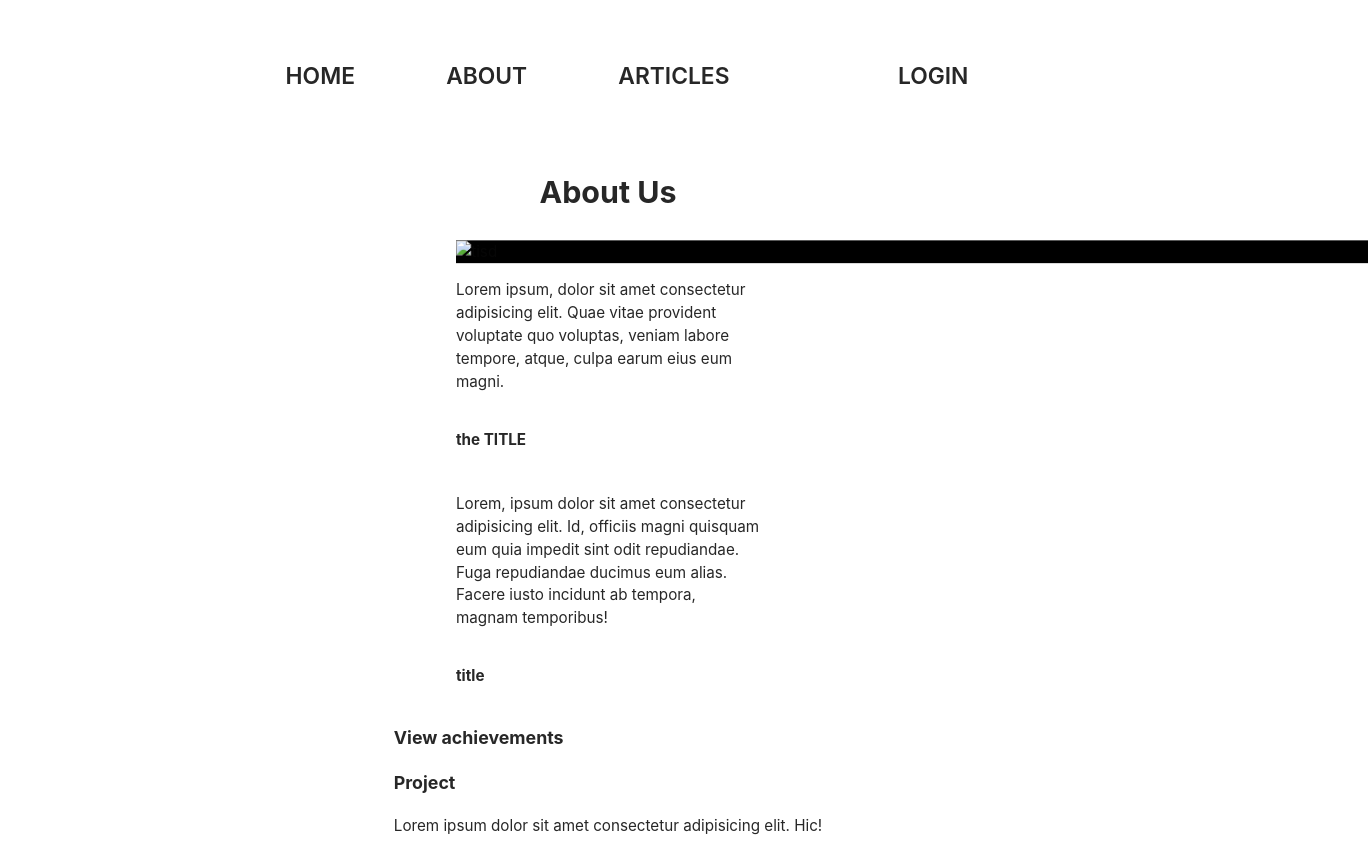
Repository: ValGrace/-static-site
Page: /about (app in client/)
These files come from the project's save history. The page is drawn as it stood at one moment and after the next save; the edit follows.
The browser window is 1280 px wide. The page is 1440 px wide, then 1280 px, so the pictures cover 1440 px, including what lies to the right of the window. The pictures show the whole page, at 95% of full size.
The project was rebuilt for these pictures with package versions that can differ from the ones it lists, and the page was loaded fresh each time. Also part of the build but not shown: client/vite.config.js, client/src/Utils/appwrite.js, client/src/Components/Inputs.css, client/src/Components/Login.jsx, client/src/Components/Signup.jsx, client/src/Components/HomeSection.jsx, client/src/Components/TopSection.jsx, client/src/Pages/HomePage.jsx.

Above is the page before, as saved 2023-02-07 13:01:55.

### client/src/main.jsx
import React from 'react'
import ReactDOM from 'react-dom/client'
import App from './App'
import './index.css'
import { BrowserRouter } from 'react-router-dom'
ReactDOM.createRoot(document.getElementById('root')).render(
  <React.StrictMode>
    <BrowserRouter>
    <App />
    </BrowserRouter>
  </React.StrictMode>,
)

### client/src/App.jsx
import PageRouter from './Routing/PageRouter'
import './App.css'

function App() {


  return (
    <div className="App">
      <PageRouter />
    </div>
  )
}

export default App

### client/src/index.css
:root {
  font-family: Inter, system-ui, Avenir, Helvetica, Arial, sans-serif;
  line-height: 1.5;
  font-weight: 400;

  color-scheme: light dark;
  color: rgba(7, 7, 7, 0.87);
  background-color: #ffffff;

  font-synthesis: none;
  text-rendering: optimizeLegibility;
  -webkit-font-smoothing: antialiased;
  -moz-osx-font-smoothing: grayscale;
  -webkit-text-size-adjust: 100%;
}

/* a {
  font-weight: 500;
  color: #646cff;
  text-decoration: inherit;
}
a:hover {
  color: #535bf2;
}

body {
  margin: 0;
  display: flex;
  place-items: center;
  min-width: 320px;
  min-height: 100vh;
}

h1 {
  font-size: 3.2em;
  line-height: 1.1;
}

button {
  border-radius: 8px;
  border: 1px solid transparent;
  padding: 0.6em 1.2em;
  font-size: 1em;
  font-weight: 500;
  font-family: inherit;
  background-color: #1a1a1a;
  cursor: pointer;
  transition: border-color 0.25s;
}
button:hover {
  border-color: #646cff;
}
button:focus,
button:focus-visible {
  outline: 4px auto -webkit-focus-ring-color;
}

@media (prefers-color-scheme: light) {
  :root {
    color: #213547;
    background-color: #ffffff;
  }
  a:hover {
    color: #747bff;
  }
  button {
    background-color: #f9f9f9;
  }
} */

### client/src/Routing/PageRouter.jsx
import Dashboard from "../Pages/Dashboard";
import HomePage from "../Pages/HomePage";
import { Routes, Route} from "react-router-dom"
import AboutPage from "../Pages/aboutPage";
const PageRouter = () => {
    return (
        <Routes>
            <Route path="/" element={<Dashboard />} />
            <Route path="/home" element={<HomePage />} />
            <Route path="/about" element={<AboutPage />} />

        </Routes>
    )
}

export default PageRouter

### client/src/App.css
.App {
  display: flex;
  flex-direction: column;
  justify-content: center;
  align-items: center;
}

### client/src/Pages/Dashboard.jsx
import React, { useReducer} from 'react'
import Login from '../Components/Login'
import Signup from '../Components/Signup'
import "../Components/Inputs.css"
const initialState = {page : <Login />}
function reducer(state, action) {
    switch(action.type) {
        case 'loginpage':
          return { page: <Login />}
        case 'signuppage':
            return { page: <Signup />}
        default:
            return { page: <h2>Loading....</h2>}
    }
}
const Dashboard = () => {
    const [state, dispatch] = useReducer(reducer, initialState)
    return (
        <div className='dashboard'>
         <h2>Static Site Generator</h2>
         <div>Static site Image</div>
         <div className='dash' id='dash'>
            <div className='toggleForms'>
                <button onClick={() => dispatch({type: 'loginpage'})} className="type-btn">Login</button>
                <button onClick={() => dispatch({type: 'signuppage'})} className="type-btn">Signup</button>
                </div>
            <React.Fragment>{state.page}</React.Fragment>

            <button id="auth-btns">Login with Github account</button>
            <button id="auth-btns">Login with Google account</button>
         </div>
       </div>
    )
}

export default Dashboard

### client/src/Pages/aboutPage.jsx
import Navbar from "../Components/Navbar"
import "../Components/InfoPage.css"
const AboutPage = () => {
   return (
    <>
    <Navbar />
    <h2 id="about-page">about us</h2>
    <div className="about-mid">
        <div className="about-info">
            <h4>the TITLE</h4>
            <p>Lorem ipsum, dolor sit amet consectetur adipisicing elit. Quae vitae provident voluptate quo voluptas, veniam labore tempore, atque, culpa earum eius eum magni.</p>
            <div className="abt-img">
                <img src="" alt="tisd" />
            </div>
        </div>
        <div className="about-info">
            <h4>title</h4>
            <p>Lorem, ipsum dolor sit amet consectetur adipisicing elit. Id, officiis magni quisquam eum quia impedit sint odit repudiandae. Fuga repudiandae ducimus eum alias. Facere iusto incidunt ab tempora, magnam temporibus!</p>
        </div>

    </div>
    <div>
        <h3>View achievements</h3>
        <div>
            <h3>Project</h3>
            <p>Lorem ipsum dolor sit amet consectetur adipisicing elit. Hic!</p>
        </div>
    </div>
    </>
   )
}

export default AboutPage

### client/src/Components/Navbar.jsx
import "./Navbar.css"
const Navbar = () => {
    return (
        <nav>
            <ul>
                <li>home</li>
                <li>about</li>
                <li>articles</li>
            </ul>
            <ul>
                <li>Login</li>
            </ul>
        </nav>
    )
}

export default Navbar

### client/src/Components/InfoPage.css
#about-page {
    font-size:2rem;
    text-transform: capitalize;

    width: 80vw;

    text-align: center;
}

.about-mid {
   display: flex;
   gap: 0.4rem;
   flex-wrap: wrap;
   flex-direction: column;
}

.about-info {
    width: 25vw;
    display: flex;
    flex-direction: column-reverse;
}

.abt-img {
    background-color: black;
    width: 75vw;

}

### client/src/Components/Navbar.css
nav {
    width: 70vw;
    height: 20vh;
    display: flex;
}

nav > ul{
  display: flex;
  flex-direction: row;
  text-transform: uppercase;
  list-style-type: none;
  justify-content: center;
  align-items: center;
  gap: 4em;
  font-weight: 600;
  font-size: 1.5rem;
  flex-grow: 1;
}

#top-text {
    width: 80vw;
}

#top-text > h2 {
    font-size: 4.5rem;
    text-transform: capitalize;
    margin: 0;
    /* float: left; */
}

#top-text > p {
    float: right;

}

.head-section {
    display: flex;
    width: 80vw;
    gap: 0.5em;
    flex-wrap: wrap;
}

.head-img {
    background-color: rgb(1, 51, 51);
    width: 50%;
    border-radius: 0.9em;
    height: 30vh;
}

.side-section {
    display: flex;
    flex-direction: row;
    gap: 0.3rem;
    width: 40%;
}

.side-img {
    background-color: black;
    width: 5rem;
    height: 4rem;
    border-radius: 50%;
}

.side-blogs > h4, .side-blogs > p {
    margin: 0;
}

.site-descr {
    width: 80vw;
    background-color: rgba(1, 1, 12, 0.979);
    color: rgba(255, 255, 255, 0.767);
    border-radius: 9px;
    margin-top: 0.9rem;
    display: flex;
    /* gap: 0.4rem; */
    padding: 0.4rem;
    height: 25vh;
    margin-bottom: 3em;
}

.site-descr > p {
    width: 75%;
}
.site-sep {
    width: 0.1rem;
    height: 90%;
    background-color: azure;
    margin-right: 0.7rem;
}


.value-section {
   width: 80vw;
    display: flex;
    gap: 0.3rem;
    flex-wrap: wrap;
}

.single-value {
    border: 0.9px solid rgba(0, 0, 0, 0.87);
    padding: 0.8em;
    width: 20rem;
}

Loaded but not shown: client/index.html (common file)

After the next save:
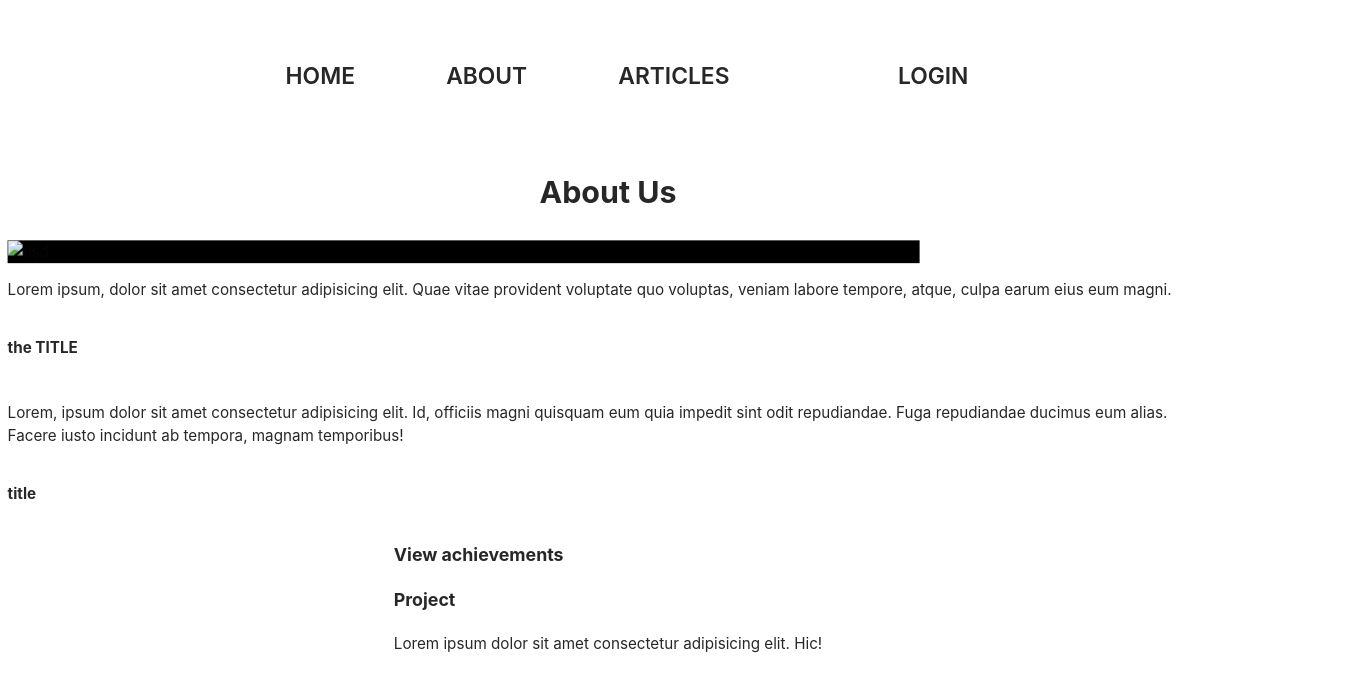
Saved 5 s later.
--- a/client/src/Components/InfoPage.css
+++ b/client/src/Components/InfoPage.css
@@ -15,7 +15,7 @@
 }
 
 .about-info {
-    width: 25vw;
+    /* width: 25vw; */
     display: flex;
     flex-direction: column-reverse;
 }
